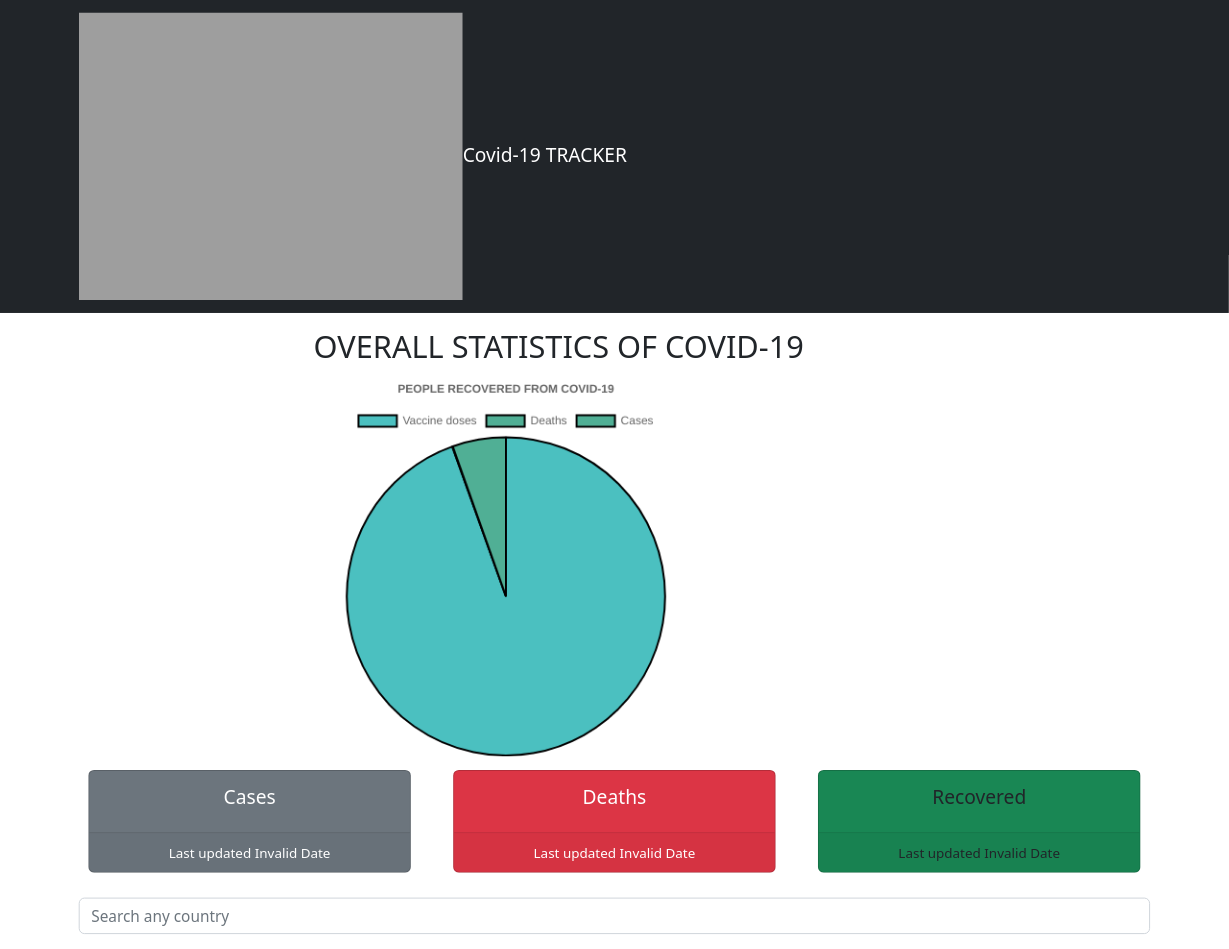
Repository: azizdeghais/CovidTracker
Page: /
An editor plug-in stored every save of this project. The page is shown before and after the next save, followed by the edit.
The browser window is 1280 px wide. The pictures show the whole page, at 96% of full size.
Pictures or frames that could not be fetched are drawn as grey boxes. The page's requests for data from a server got no answer. The project was rebuilt for these pictures with package versions that can differ from the ones it lists, and the page was loaded fresh each time. No one was signed in, and anything a server would have sent is missing. Also part of the build but not shown: vite.config.js.

Above is the page before, as saved 2023-03-10 17:40:07.

After the next save:
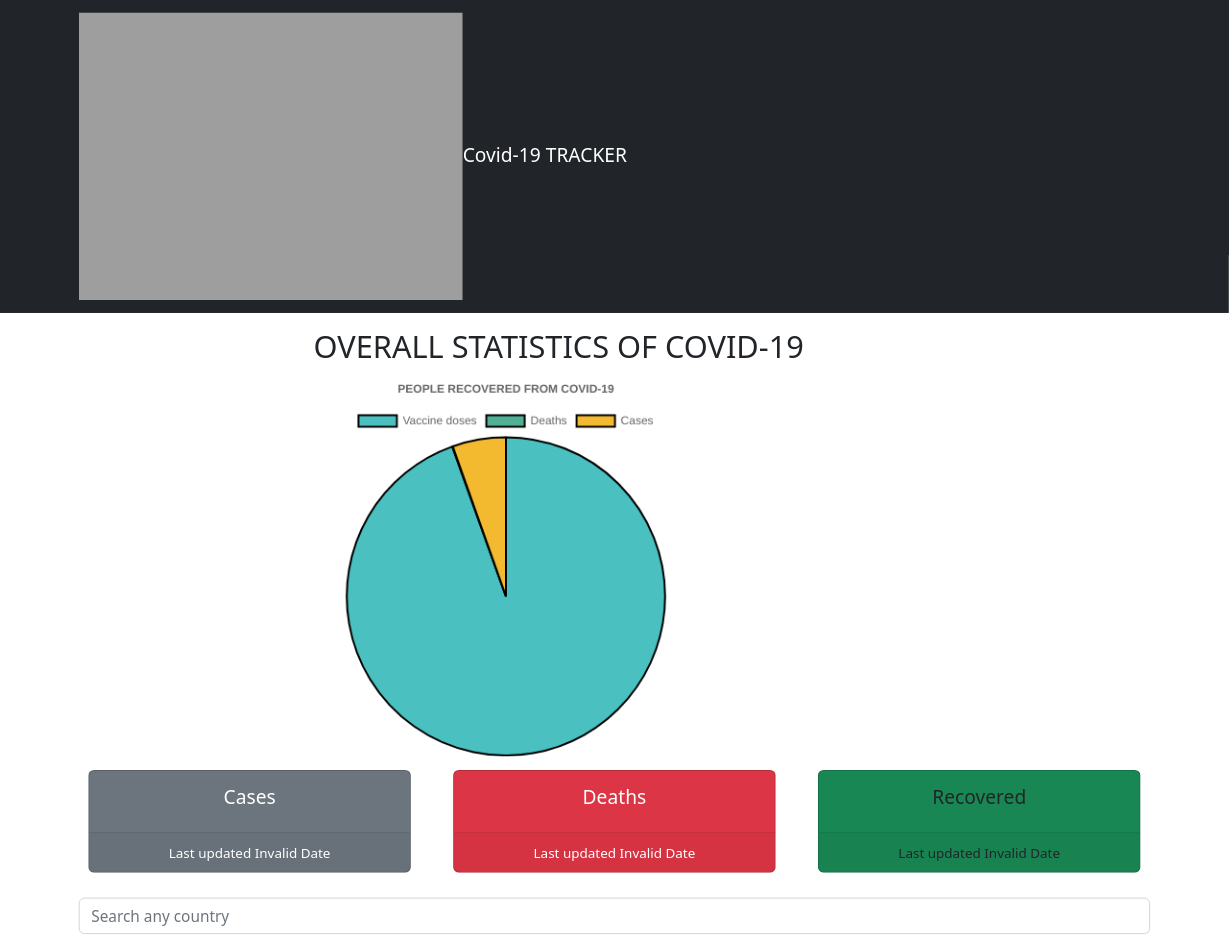
Saved 2 h 40 min later.
--- a/src/App.jsx
+++ b/src/App.jsx
@@ -34,7 +34,6 @@ function App() {
         data: Data.map((data) => data.userGain),
         backgroundColor: [
           "rgba(75,192,192,1)",
-          "#50AF95",
           "#50AF95",
           "#f3ba2f",
           "#2a71d0"
